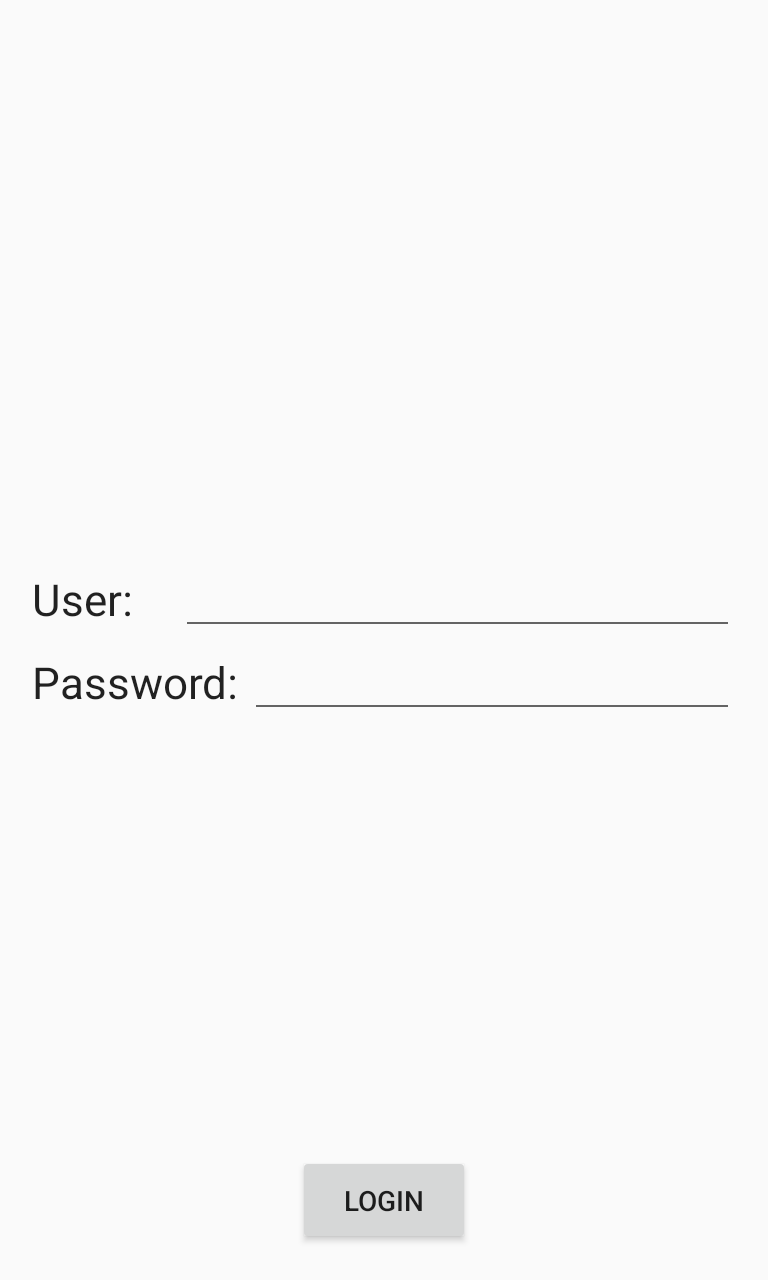
Repository: Y-GO/YGO_Parking_Project_Client
Layout: Ygo_Parking_Project/res/layout/activity_login.xml
These files come from the project's save history. The layout is drawn as it stood at one moment and after the next save; the edit follows.
It is drawn on a 768 x 1280 px phone screen (xhdpi) without system bars, with theme AppTheme; the app's code is not run. The app's manifest (not shown) leaves right-to-left support off. So textAlignment, textDirection and layoutDirection are ignored, and left and right values win over start and end ones.

Above is the layout before, as saved 2014-07-28 19:20:53.

After the next save:
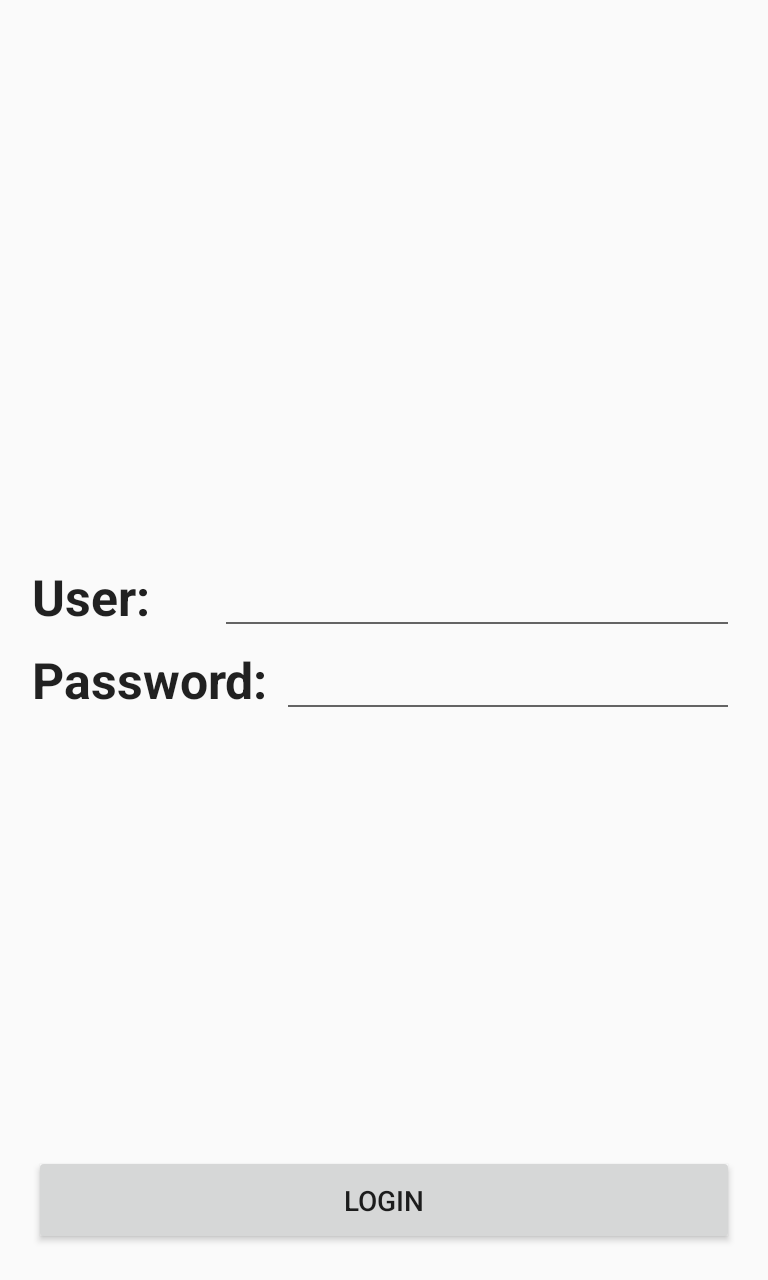
Saved 42 h 29 min later.
--- a/Ygo_Parking_Project/res/layout/activity_login.xml
+++ b/Ygo_Parking_Project/res/layout/activity_login.xml
@@ -22,15 +22,17 @@
                 android:id="@+id/textView1"
                 android:layout_width="wrap_content"
                 android:layout_height="wrap_content"
-                android:layout_weight="0.25"
+                android:layout_weight="0.7"
                 android:text="@string/user"
-                android:textAppearance="?android:attr/textAppearanceLarge" />
+                android:textAppearance="?android:attr/textAppearanceLarge"
+                android:textSize="25sp"
+                android:textStyle="bold" />
 
             <EditText
                 android:id="@+id/editUserName"
                 android:layout_width="wrap_content"
                 android:layout_height="wrap_content"
-                android:layout_weight="0.74"
+                android:layout_weight="1"
                 android:ems="10"
                 android:inputType="text" />
         </LinearLayout>
@@ -43,19 +45,20 @@
                 android:id="@+id/textView2"
                 android:layout_width="wrap_content"
                 android:layout_height="wrap_content"
-                android:layout_weight="0.1"
+                android:layout_weight="0.35"
                 android:text="@string/password"
-                android:textAppearance="?android:attr/textAppearanceLarge" />
+                android:textAppearance="?android:attr/textAppearanceLarge"
+                android:textSize="25sp"
+                android:textStyle="bold" />
 
             <EditText
                 android:id="@+id/editPassword"
                 android:layout_width="wrap_content"
                 android:layout_height="wrap_content"
-                android:layout_weight="0.74"
+                android:layout_weight="1"
                 android:ems="10"
                 android:inputType="textPassword" />
         </LinearLayout>
-
     </LinearLayout>
 
     <Button
@@ -63,6 +66,8 @@
         android:layout_width="wrap_content"
         android:layout_height="wrap_content"
         android:layout_alignParentBottom="true"
+        android:layout_alignParentEnd="true"
+        android:layout_alignParentStart="true"
         android:layout_alignWithParentIfMissing="false"
         android:layout_centerHorizontal="true"
         android:text="@string/login" />
